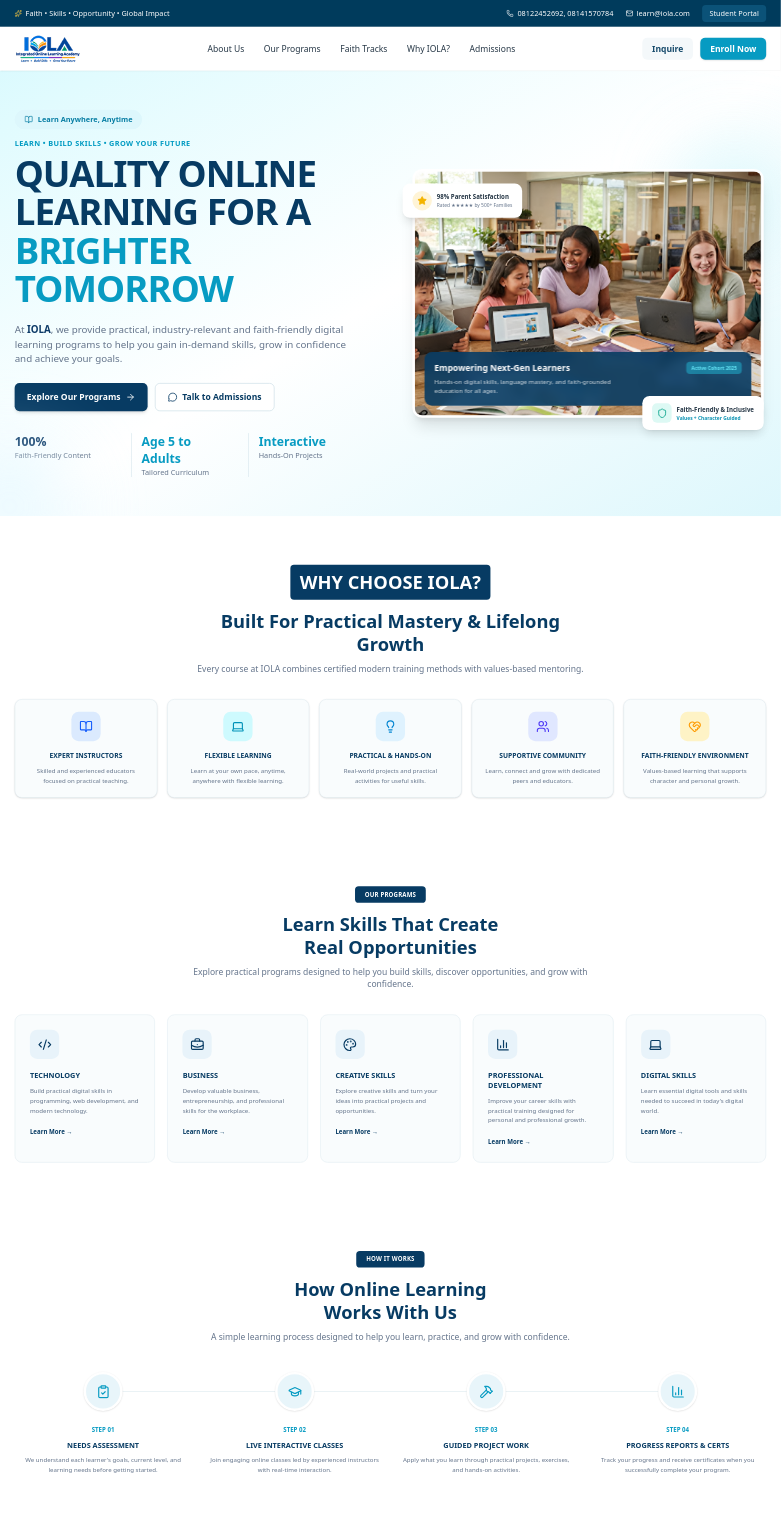
Repository: segunrotini/iola
Page: /about
These files come from the project's save history. The page is drawn as it stood at one moment and after the next save; the edit follows.
The browser window is 1280 px wide. The pictures show the whole page, at 61% of full size.
The project was rebuilt for these pictures with package versions that can differ from the ones it lists, and the page was loaded fresh each time. Also part of the build but not shown: vite.config.ts.

Above is the page before, as saved 2026-10-02 12:34:02.

After the next save:
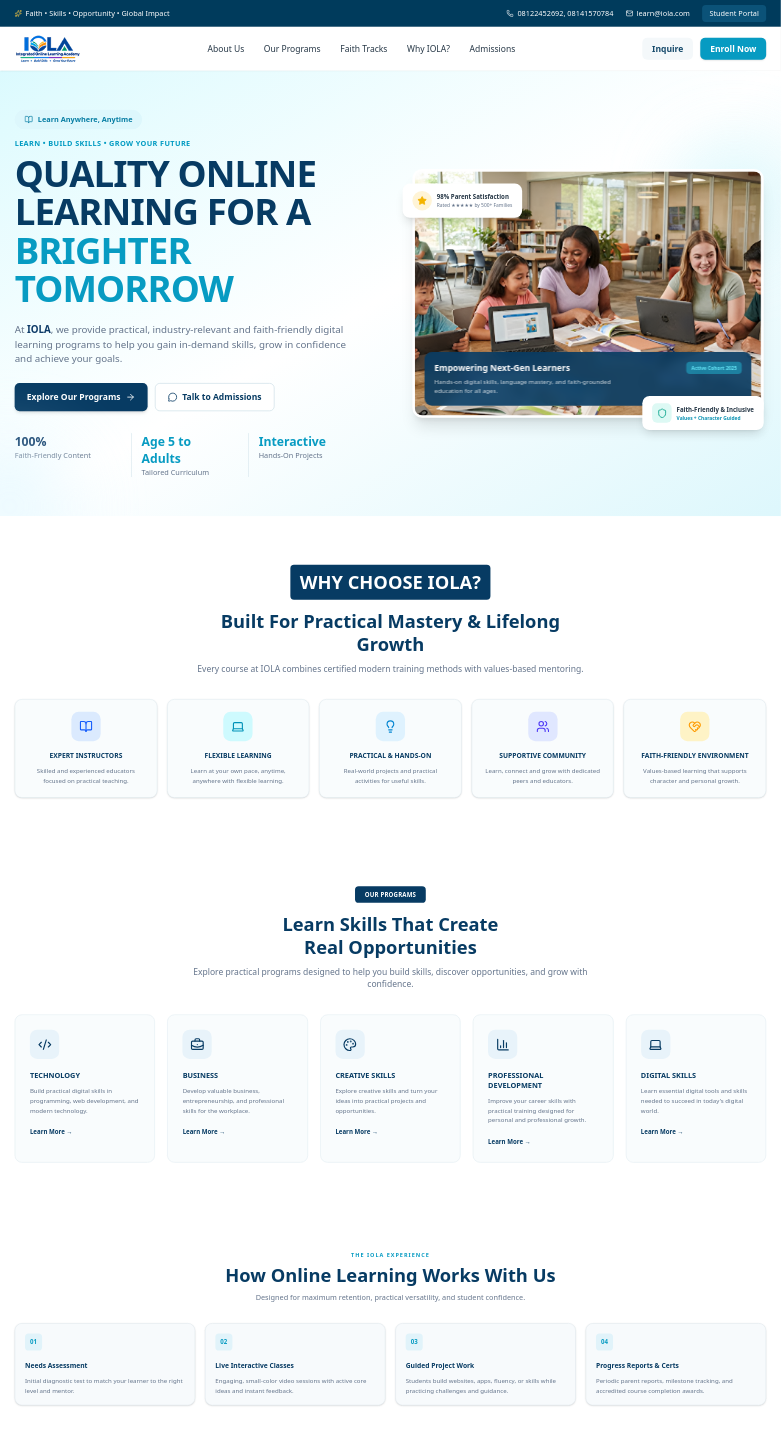
Saved 7 min 37 s later.
--- a/src/components/home/LearningProcess.tsx
+++ b/src/components/home/LearningProcess.tsx
@@ -1,39 +1,28 @@
-
-import {
-  ClipboardCheck,
-  GraduationCap,
-  Hammer,
-  BarChart3,
-} from "lucide-react";
 
 const learningSteps = [
   {
     number: "01",
-    icon: ClipboardCheck,
-    title: "NEEDS ASSESSMENT",
+    title: "Needs Assessment",
     description:
-      "We understand each learner's goals, current level, and learning needs before getting started.",
+      "Initial diagnostic test to match your learner to the right level and mentor.",
   },
   {
     number: "02",
-    icon: GraduationCap,
-    title: "LIVE INTERACTIVE CLASSES",
+    title: "Live Interactive Classes",
     description:
-      "Join engaging online classes led by experienced instructors with real-time interaction.",
+      "Engaging, small-color video sessions with active core ideas and instant feedback.",
   },
   {
     number: "03",
-    icon: Hammer,
-    title: "GUIDED PROJECT WORK",
+    title: "Guided Project Work",
     description:
-      "Apply what you learn through practical projects, exercises, and hands-on activities.",
+      "Students build websites, apps, fluency, or skills while practicing challenges and guidance.",
   },
   {
     number: "04",
-    icon: BarChart3,
-    title: "PROGRESS REPORTS & CERTS",
+    title: "Progress Reports & Certs",
     description:
-      "Track your progress and receive certificates when you successfully complete your program.",
+      "Periodic parent reports, milestone tracking, and accredited course completion awards.",
   },
 ];
 
@@ -42,50 +31,39 @@
     <section className="bg-white py-16 sm:py-20">
       <div className="mx-auto max-w-7xl px-4 sm:px-6">
         <div className="mx-auto max-w-2xl text-center">
-          <span className="inline-flex items-center rounded-md bg-[#073B63] px-4 py-1.5 text-[10px] font-bold uppercase tracking-wide text-white">
-            How It Works
-          </span>
+          <p className="text-[9px] font-bold uppercase tracking-[0.18em] text-[#079BC2]">
+            The IOLA Experience
+          </p>
 
-          <h2 className="mt-4 text-2xl font-extrabold leading-tight text-[#073B63] sm:text-3xl">
-            How Online Learning
-            <br className="hidden sm:block" />
-            Works With Us
+          <h2 className="mt-2 text-2xl font-extrabold leading-tight text-[#073B63] sm:text-3xl">
+            How Online Learning Works With Us
           </h2>
 
-          <p className="mt-3 text-xs leading-5 text-[#64748B] sm:text-sm">
-            A simple learning process designed to help you learn, practice,
-            and grow with confidence.
+          <p className="mt-2 text-[10px] leading-5 text-[#64748B] sm:text-xs">
+            Designed for maximum retention, practical versatility, and student
+            confidence.
           </p>
         </div>
 
-        <div className="relative mt-12 grid gap-6 sm:grid-cols-2 lg:grid-cols-4">
-          <div className="absolute left-[12%] right-[12%] top-8 hidden h-px bg-[#DCE9EF] lg:block" />
+        <div className="mt-8 grid gap-4 sm:grid-cols-2 lg:grid-cols-4">
+          {learningSteps.map((step) => (
+            <div
+              key={step.number}
+              className="rounded-xl border border-[#E3ECF1] bg-[#F7FAFC] p-4 shadow-sm"
+            >
+              <div className="flex h-7 w-7 items-center justify-center rounded-md bg-[#E1F3FA] text-[10px] font-extrabold text-[#079BC2]">
+                {step.number}
+              </div>
 
-          {learningSteps.map((step) => {
-            const Icon = step.icon;
+              <h3 className="mt-4 text-[10px] font-extrabold text-[#073B63] sm:text-[11px]">
+                {step.title}
+              </h3>
 
-            return (
-              <div key={step.number} className="relative text-center">
-                <div className="relative z-10 mx-auto flex h-16 w-16 items-center justify-center rounded-full border-4 border-white bg-[#E8F5FA] shadow-sm">
-                  <Icon size={23} className="text-[#079BC2]" />
-                </div>
-
-                <div className="mt-4">
-                  <span className="text-[10px] font-extrabold text-[#079BC2]">
-                    STEP {step.number}
-                  </span>
-
-                  <h3 className="mt-2 text-xs font-extrabold leading-4 text-[#073B63]">
-                    {step.title}
-                  </h3>
-
-                  <p className="mx-auto mt-2 max-w-xs text-[10px] leading-4 text-[#64748B]">
-                    {step.description}
-                  </p>
-                </div>
-              </div>
-            );
-          })}
+              <p className="mt-2 text-[9px] leading-4 text-[#64748B] sm:text-[10px]">
+                {step.description}
+              </p>
+            </div>
+          ))}
         </div>
       </div>
     </section>
